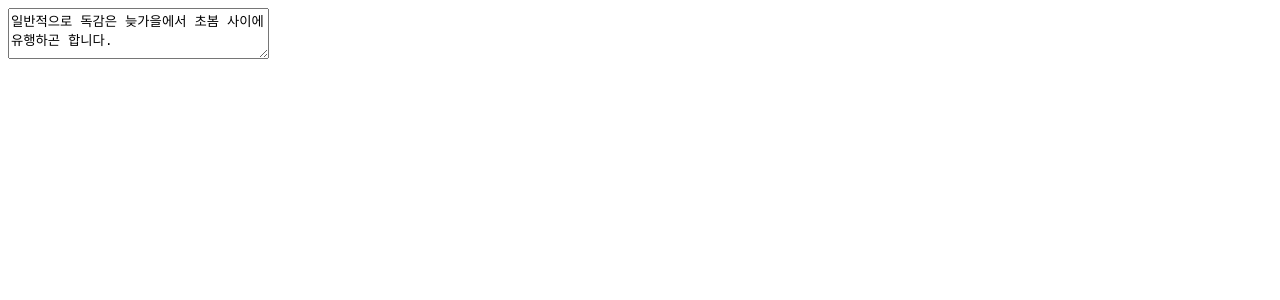
Repository: suhong99/JqueryLecture
Page: sample02/src/main/webapp/index.html
These files come from the project's save history. The page is drawn as it stood at one moment and after the next save; the edit follows.
The browser window is 1280 px wide. The pictures show the whole page.

Above is the page before, as saved 2023-06-26 04:07:17.

### sample02/src/main/webapp/index.html
<!DOCTYPE html>
<html>
<head>
<meta charset="UTF-8">
<title>Insert title here</title>
</head>
<body>

<textarea rows="3" cols="30">일반적으로 독감은 늦가을에서 초봄 사이에 유행하곤 합니다.

더위가 기승을 부리면 주춤하다 기온이 떨어지면서 감염이 늘어나는 겁니다.

하지만 지난해와 올해는 유행 시기가 예년과 달랐습니다.

2022년 10월까지도 1,000명당 10명 미만이었던 의심환자 수는 11월 초부터 증가하기 시작해 22년 말에는 60.7명에 달했습니다.

이어 올해 4월과 5월까지 계속 유행하다 평소라면 유행이 끝나는 6월에야 감소세로 돌아섰습니다.</textarea>
<br><br>
</body>
</html>

After the next save:
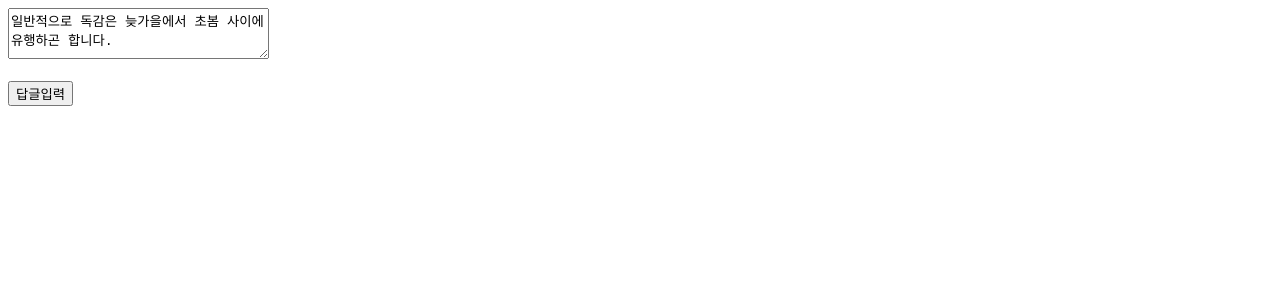
Saved 84 s later.
--- a/sample02/src/main/webapp/index.html
+++ b/sample02/src/main/webapp/index.html
@@ -16,5 +16,12 @@
 
 이어 올해 4월과 5월까지 계속 유행하다 평소라면 유행이 끝나는 6월에야 감소세로 돌아섰습니다.</textarea>
 <br><br>
+<button type="button" id="answer">답글입력</button>
+<br>
+<div id="answerForm">
+
+</div>
+
+
 </body>
 </html>
